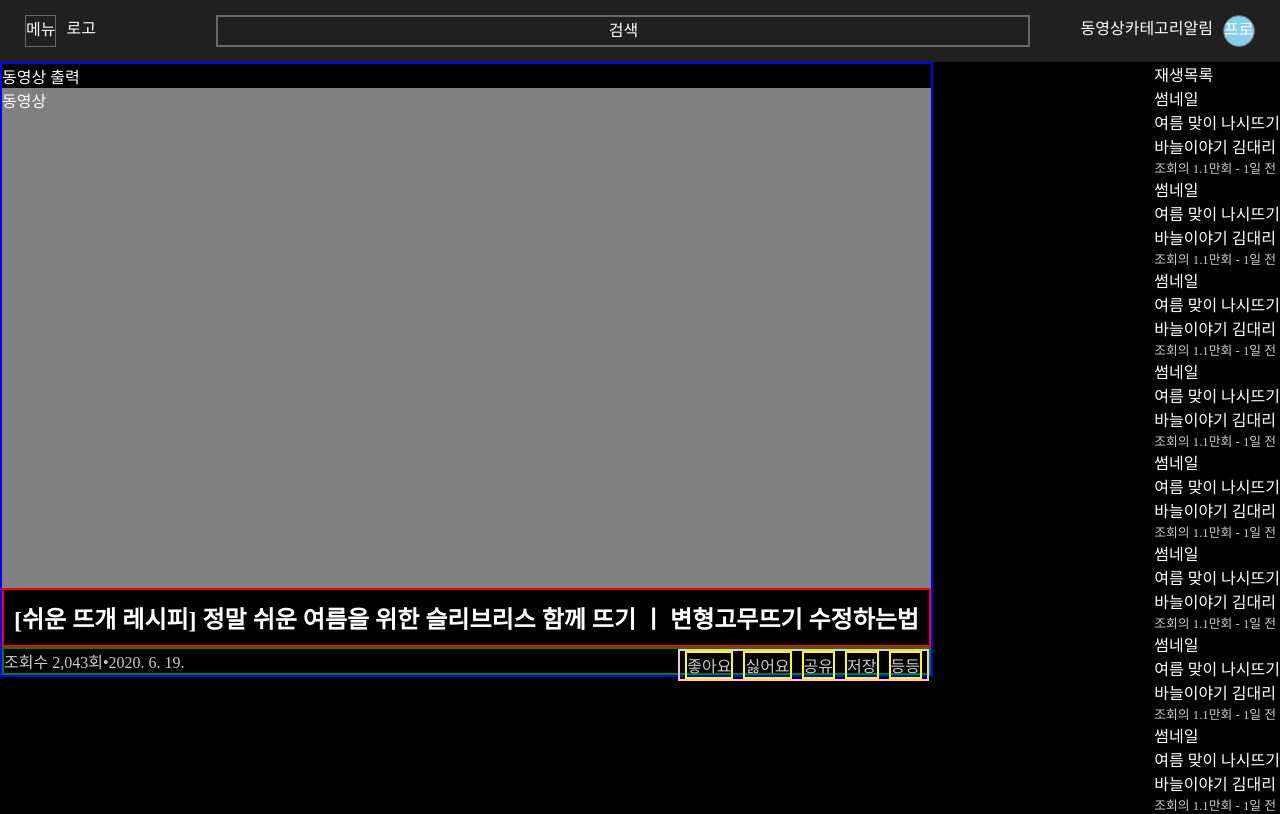
Repository: roseline0912/LikeLion
Page: YouTube_Clone/youtube.html
The author's editor kept a record of every edit. The page is drawn from the files as they stood at one moment, then again after the next edit.
The browser window is 1280 px wide. The pictures show the whole page.

Above is the page before.

### YouTube_Clone/youtube.html
<!DOCTYPE html>
<html lang="en">
<head>
    <meta charset="UTF-8">
    <meta name="viewport" content="width=device-width, initial-scale=1.0">
    <meta http-equiv="X-UA-Compatible" content="ie=edge">
    <link rel="stylesheet" href="youtube.css" type="text/css" />
    <title>My YouTube</title>
</head>
<body>
    <nav class="nav-global">
        <div class="nav-item">메뉴</div>
        <div class="nav-logo">로고</div>
        <div class="nav-search">검색</div>
        <div class="nav-video">동영상</div>
        <div class="nav-category">카테고리</div>
        <div class="nav-alarm">알림</div>
        <div class="nav-profile nav-item">프로필</div>
    </nav>

    <div class="container">
    <section class="left-section">동영상 출력
    <div class="video-area">동영상</div>
    <div class="video-title">[쉬운 뜨개 레시피] 정말 쉬운 여름을 위한 슬리브리스 함께 뜨기 ㅣ 변형고무뜨기 수정하는법</div>
    <div class="video-info">
        <div class="video-viewcount">조회수 2,043회•2020. 6. 19.</div>
        <div class="video-info_btn_container">
            <div class="btn-like">좋아요</div>
            <div class="btn-hate">싫어요</div>
            <div class="btn-share">공유</div>
            <div class="btn-save">저장</div>
            <div class="btn-etc">등등</div>
        </div>
    </div>
    </section>

    <section class="right-section">재생목록
    <div class="list-item">
        <div class="list-thumbnail">썸네일</div>
        <div class="list-title">여름 맞이 나시뜨기</div>
        <div class="list-author">바늘이야기 김대리</div>
        <div class="list-info">조회의 1.1만회 - 1일 전</div>
    </div>
    <div class="list-item">
        <div class="list-thumbnail">썸네일</div>
        <div class="list-title">여름 맞이 나시뜨기</div>
        <div class="list-author">바늘이야기 김대리</div>
        <div class="list-info">조회의 1.1만회 - 1일 전</div>
    </div>
    <div class="list-item">
        <div class="list-thumbnail">썸네일</div>
        <div class="list-title">여름 맞이 나시뜨기</div>
        <div class="list-author">바늘이야기 김대리</div>
        <div class="list-info">조회의 1.1만회 - 1일 전</div>
    </div>
    <div class="list-item">
        <div class="list-thumbnail">썸네일</div>
        <div class="list-title">여름 맞이 나시뜨기</div>
        <div class="list-author">바늘이야기 김대리</div>
        <div class="list-info">조회의 1.1만회 - 1일 전</div>
    </div>
    <div class="list-item">
        <div class="list-thumbnail">썸네일</div>
        <div class="list-title">여름 맞이 나시뜨기</div>
        <div class="list-author">바늘이야기 김대리</div>
        <div class="list-info">조회의 1.1만회 - 1일 전</div>
    </div>
    <div class="list-item">
        <div class="list-thumbnail">썸네일</div>
        <div class="list-title">여름 맞이 나시뜨기</div>
        <div class="list-author">바늘이야기 김대리</div>
        <div class="list-info">조회의 1.1만회 - 1일 전</div>
    </div>
    <div class="list-item">
        <div class="list-thumbnail">썸네일</div>
        <div class="list-title">여름 맞이 나시뜨기</div>
        <div class="list-author">바늘이야기 김대리</div>
        <div class="list-info">조회의 1.1만회 - 1일 전</div>
    </div>
    <div class="list-item">
        <div class="list-thumbnail">썸네일</div>
        <div class="list-title">여름 맞이 나시뜨기</div>
        <div class="list-author">바늘이야기 김대리</div>
        <div class="list-info">조회의 1.1만회 - 1일 전</div>
    </div>
    </section>
    </div>
</body>
</html>

### YouTube_Clone/youtube.css
body{
    background-color:black;
    color:white;
    margin:0;
}

.nav-global{
    display:flex;
    background-color:#202020;
    padding:15px;
}

.nav-search{
    flex:1;   /*다른 태그들이 차지하는 공간을 제외하고 모든 공간을 차지함.*/
    border:2px solid dimgray;
    margin: 0 50px;
    text-align:center;
}

.nav-item, nav-logo{
    border:1px solid dimgray;
}

.nav-item{
    margin:0 10px;
}

.nav-logo{
    width:100px;
}

.nav-profile{
    width:30px;
    height:30px;
    border-radius:50%; /*일반적으로 원을 만들때는 정사각형을 만들고 radius 50%를 사용합니다.*/
    background-color:skyblue;
    overflow:hidden; /*얘는 우리가 정해놓은 사이즈를 내부 내용이 넘어가면 숨기겠다라는 속성입니다. 이 외에도 scroll도있습니다*/
}

.container .left-section{
    border: 2px solid blue;
    display: inline-block;
    /*width: 28%;*/
    min-height:600px;
    flex:6;
}

.container .right-section{
    float: right;
    flex:4;
}

.video-area{
    height:500px;
    background-color:grey;
}

.video-title{
    border:2px solid red;
    padding:10px;
    font-weight:bold;
    font-size:1.5rem;
}

.video-info{
    border:2px solid green;
    color:#ccc;     /* viedo_info클래스 밑에 있는 클래스들은 모두 글자색이 회색이므로
                    상위 클래스에 속성을 부여해 하위 클래스까지 영향을 주도록했습니다.*/

    display: flex;   /*이렇게 작성을 해주면 하위 div가 block이지만 우리들 마음대로 다루기 편해집니다.*/

    position: relative; /*기준점이 videoinfo박스(초록색박스)가 되므로 relative설정을 해줍니다.*/
}

.view-viewcount{
    border:2px solid yellow;
}

.video-info_btn_container{
    border: 2px solid pink;
    display: flex;

    position: absolute; /*btn container를 info box기준으로 오른쪽에 위치시키기위해 absolute속성을 이용했습니다.*/
    right:0;
    top:0;


}

.video-info_btn_container div{
    margin:0 5px;
    border:2px solid yellow;
}

.list_item div {
    border:green 1px solid;  /*임시 border를 만들어서 보기편하게 해줍니다.*/
}
.list_item{
    padding:10px;         /*listing되는 item들은 안쪽으로 여백이 있으니 padding값을 줍니다.*/
}
.list_thumbnail{
    height:100px;        /*사진의 높이는 100px정도로 잡고*/
    width: 40%;          /*넓이를 right_section기준 40%로 잡아줍니다.(반응형을 위해)*/
    background-color: grey; /*grey 배경색을 깔아주고*/
    float: left;            /*위에서 사용했던 float속성을 이용해서 썸네일이 왼쪽에 둥 떠있게 해줍니다.*/
    display: inline-block;  /*그리고 한줄에 여러개의 요소가 들어오므로 inline-block*/
    margin-right: 10px;     /*썸네일과 오른쪽 정보간의 간격 10px만큼줬습니다.*/
}
.list_title{
    font-weight: bold;    /*제목은 두껍게 처리를 해주었습니다.*/
    width:55%;            /*그리고 썸네일이 쓰고 남은 section기준 width 60%중에서 여유롭게 55%만 차지하도록 해줍니다.*/
    display: inline-block;  /*썸에일 오른쪽에 제목이 위치해야 하므로 inline-block*/

}
.list_author{
    color:#ccc;      /*작성자의 색깔은 회색입니다.*/
}
.list-info{
    font-size:0.8rem;   /*조회수 및 게시일은 작성자보다 조금 작은 0.8배로 크기를 지정했습니다.*/
    color:#ccc;
}

After the next edit:
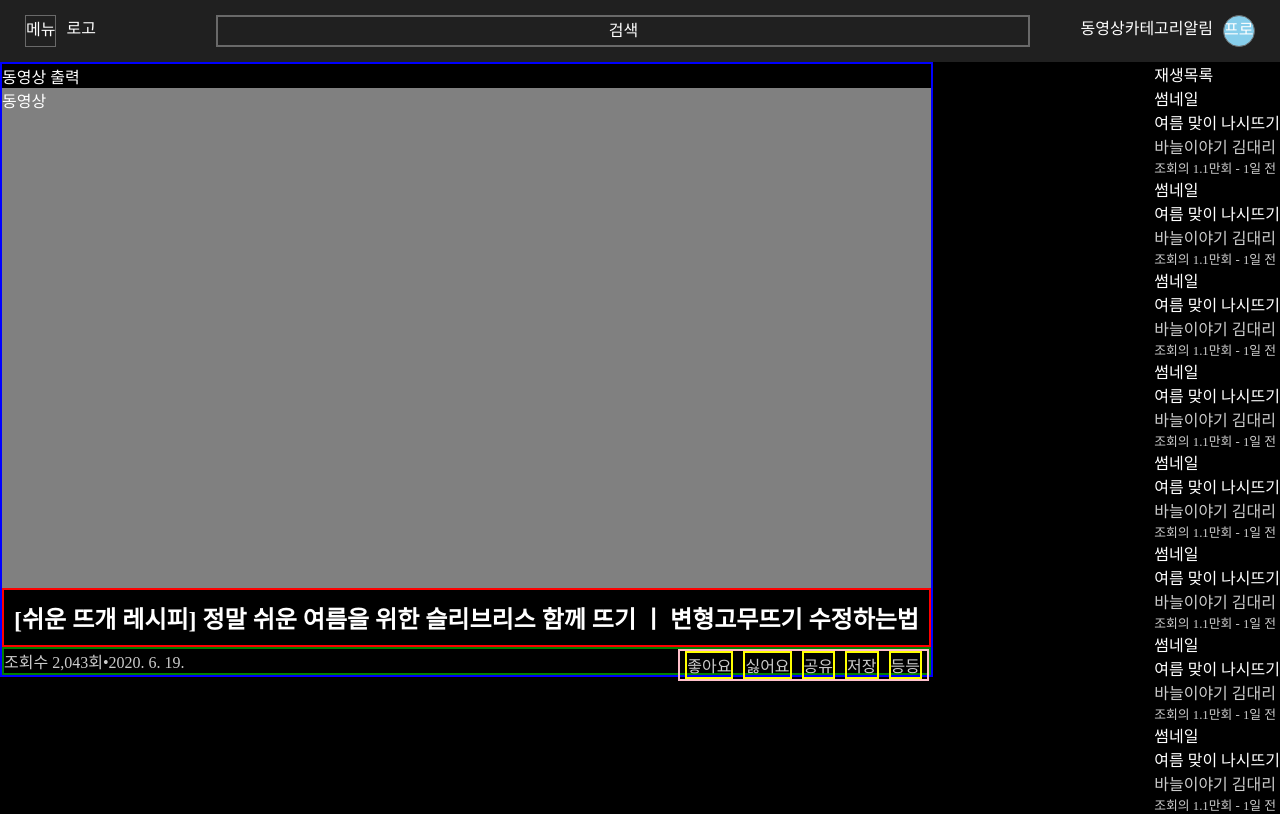
The edit:
--- a/YouTube_Clone/youtube.css
+++ b/YouTube_Clone/youtube.css
@@ -112,7 +112,7 @@
     display: inline-block;  /*썸에일 오른쪽에 제목이 위치해야 하므로 inline-block*/
 
 }
-.list_author{
+.list-author{
     color:#ccc;      /*작성자의 색깔은 회색입니다.*/
 }
 .list-info{
